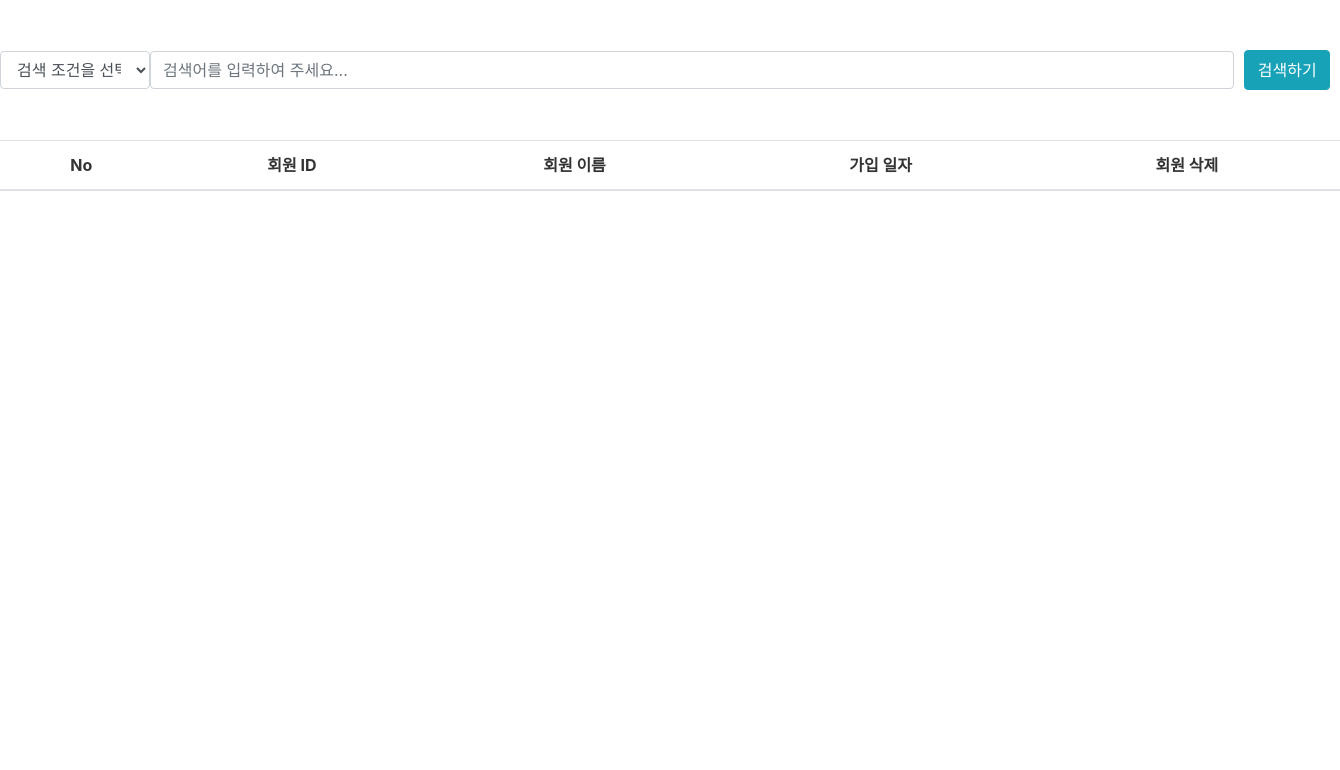
Repository: JangHyuckYun/jsp_study
Page: http://localhost/servletStudy/list.jsp
The author's editor kept a copy of each file at every save. The page is drawn from the files as they stood at one save, then again after the next save.
The browser window is 1280 px wide. The page is 1340 px wide, so the pictures cover 1340 px, including what lies to the right of the window. The pictures show the whole page.
The page is served by Tomcat 9. The template is opened directly, without the code that normally fills it, so the values that code supplies are empty.

Above is the page before, as saved 2020-09-25 05:02:13.

After the next save:
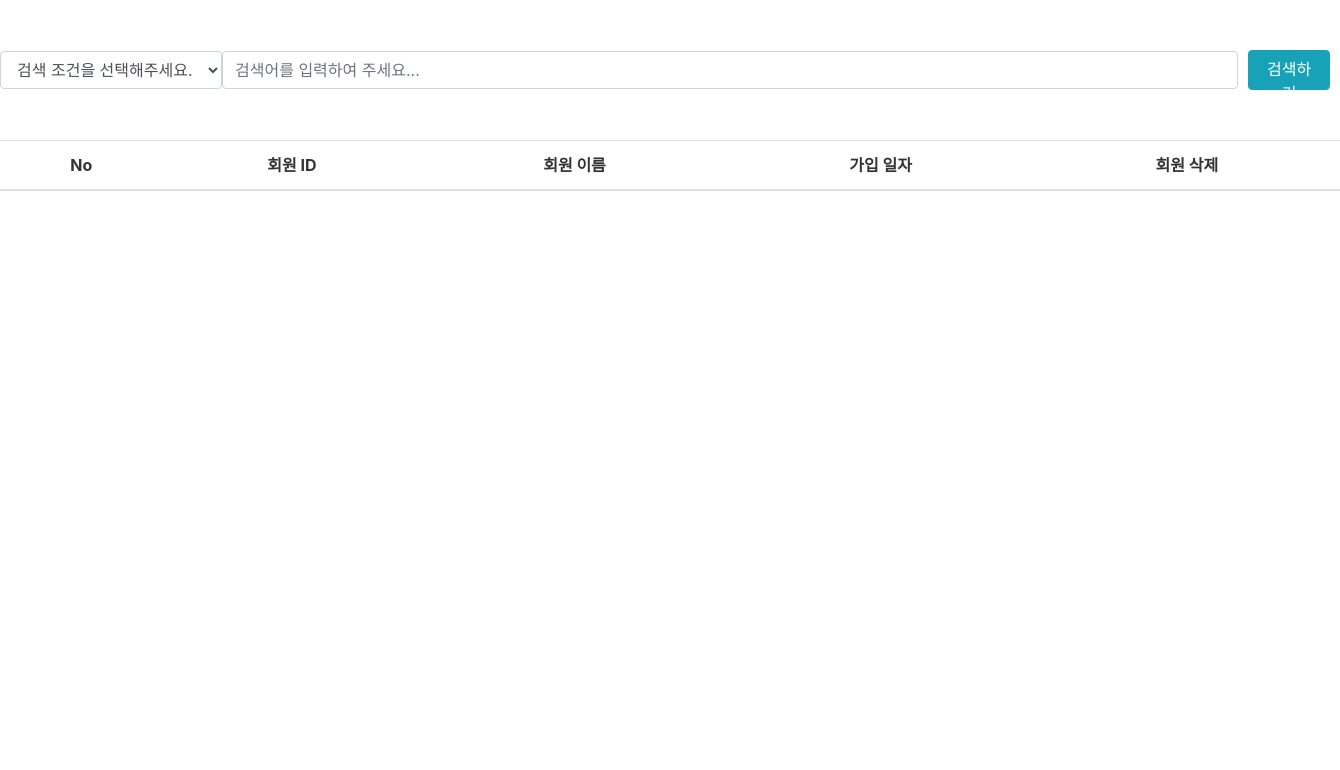
Saved 5 s later.
--- a/user_related_simple_logic/servletStudy/WebContent/list.jsp
+++ b/user_related_simple_logic/servletStudy/WebContent/list.jsp
@@ -29,7 +29,7 @@
 <body>
 	<section class="search rel">
 		<div class="cover flex center align rel">
-			<select name='choose' class="form-control" style="width:150px;">
+			<select name='choose' class="form-control" style="width:250px;">
 				<option value="">검색 조건을 선택해주세요.</option>
 				<option value="no">No</option>
 				<option value="id">회원 ID</option>
